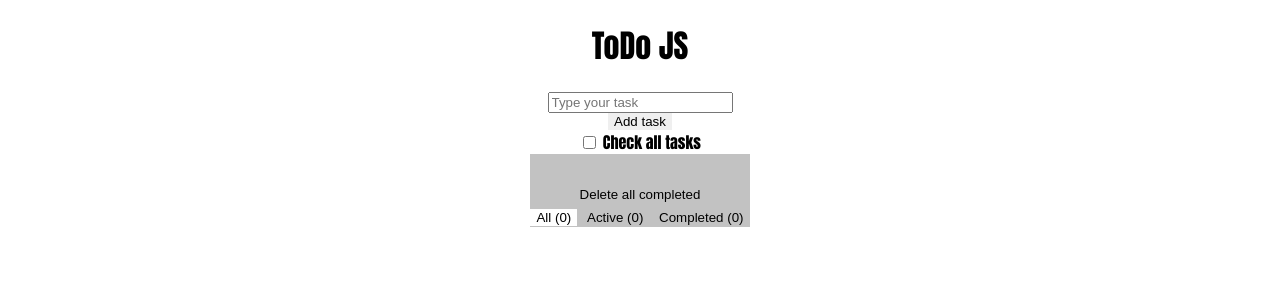
Repository: mklyagin/klyagin_todojs
Page: index.html
These files come from the project's save history. The page is drawn as it stood at one moment and after the next save; the edit follows.
The browser window is 1280 px wide. The pictures show the whole page.

Above is the page before, as saved 2024-02-27 15:57:21.

After the next save:
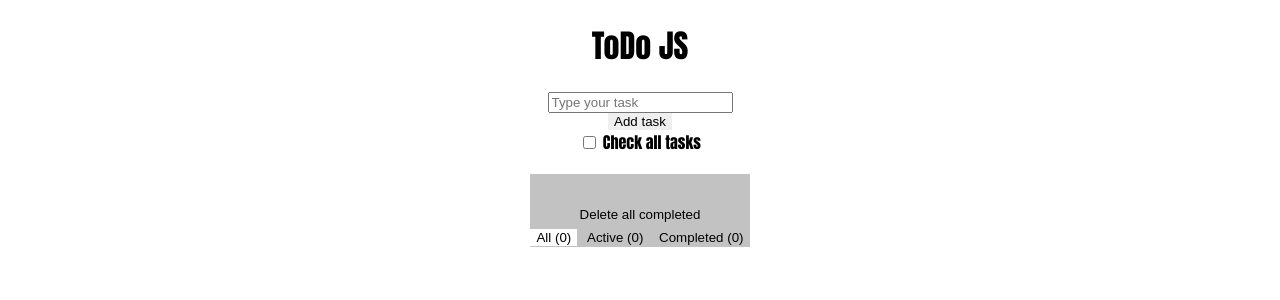
Saved 22 s later.
--- a/style.css
+++ b/style.css
@@ -17,6 +17,7 @@ button {
 }
 
 .task-functions {
+  margin: 20px 20px;
   display: flex;
   flex-direction: column;
   align-items: center;
